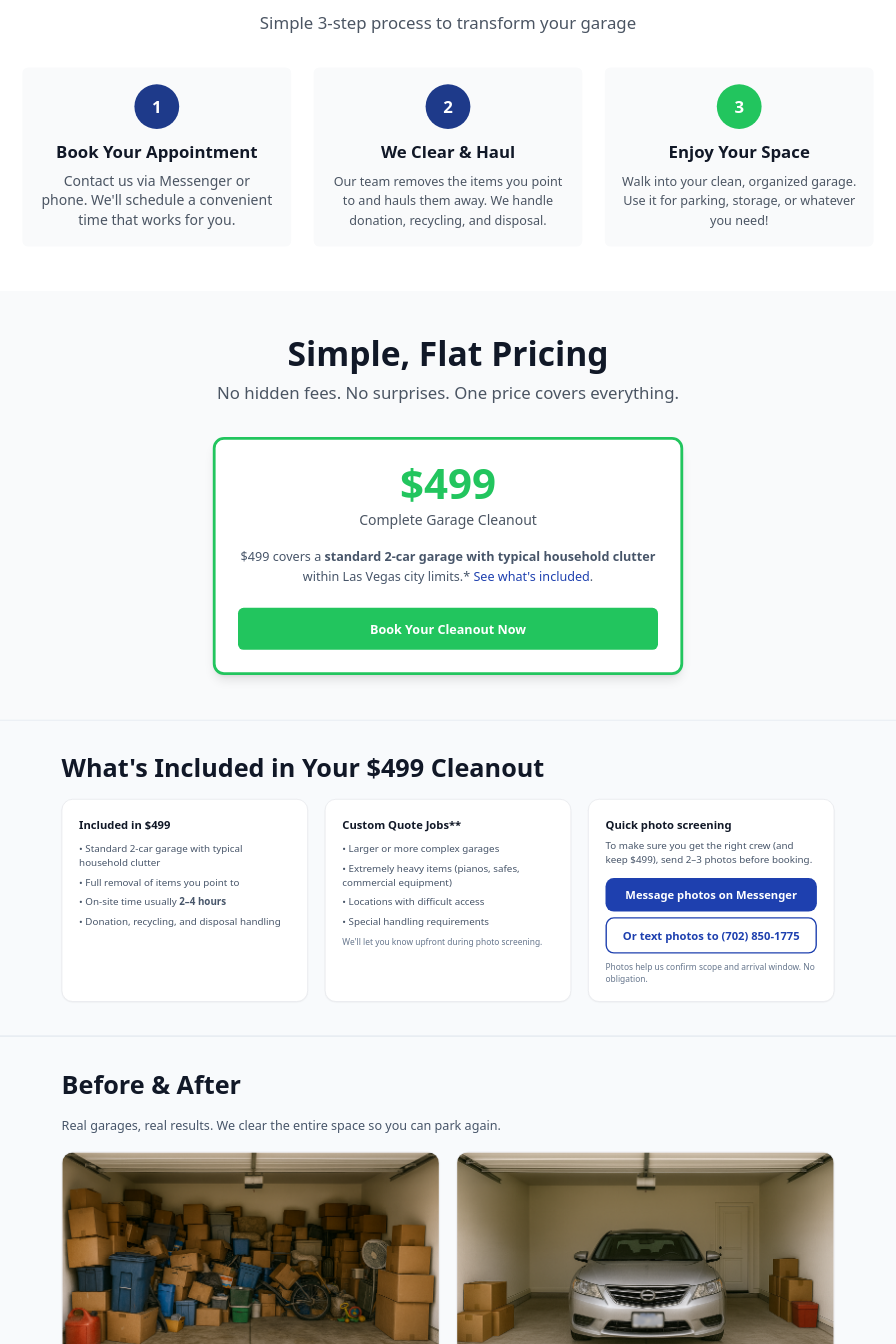
Repository: nikwhite1169/garagegone
Page: index.html
The author's editor kept a copy of each file at every save. The page is drawn from the files as they stood at one save, then again after the next save.
The browser window is 1280 px wide. The pictures show the part of the page from y = 896 to 2816 px (the page is 5553 px tall before and 5581 px after), at 70% of full size.
Some web libraries are served in a nearby version.

Above is the page before, as saved 2025-09-16 00:42:19.

After the next save:
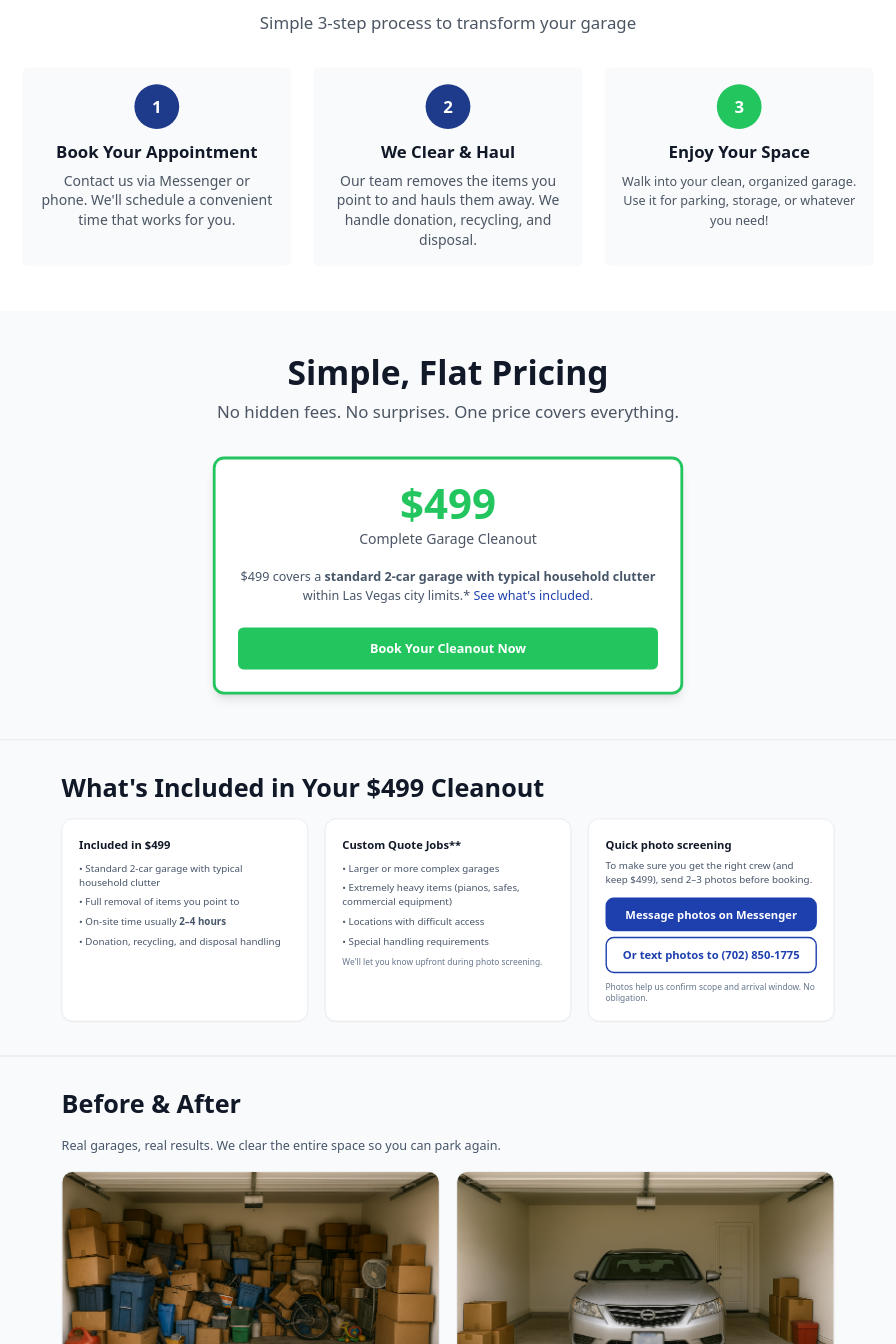
Saved 11 s later.
--- a/index.html
+++ b/index.html
@@ -200,7 +200,7 @@
                 <div class="text-center p-6 rounded-lg bg-gray-50">
                     <div class="w-16 h-16 bg-brand-blue text-white rounded-full flex items-center justify-center text-2xl font-bold mx-auto mb-4">2</div>
                     <h4 class="text-xl md:text-2xl font-bold mb-3">We Clear & Haul</h4>
-                    <p class="text-gray-600 md:text-lg">Our team removes the items you point to and hauls them away. We handle donation, recycling, and disposal.</p>
+                    <p class="text-lg md:text-xl text-gray-600">Our team removes the items you point to and hauls them away. We handle donation, recycling, and disposal.</p>
                 </div>
 
                 <div class="text-center p-6 rounded-lg bg-gray-50">
